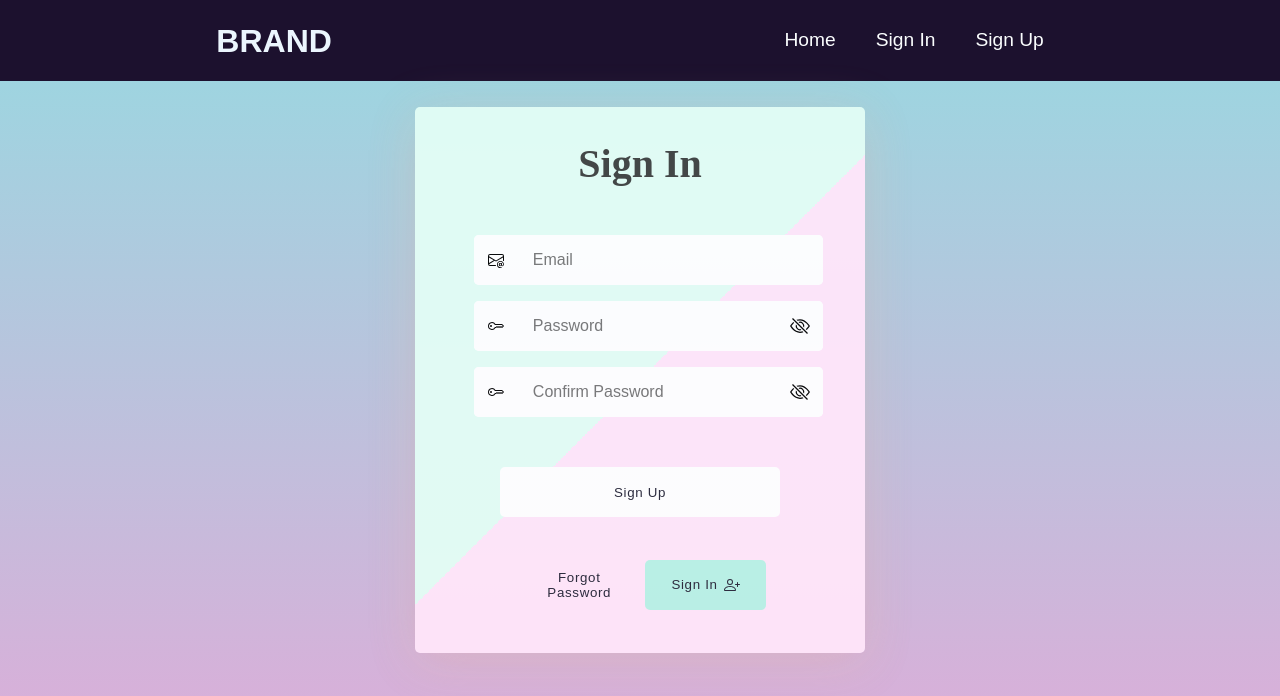
Repository: code-mtaani/ojwang-frontend
Page: /signin
The author's editor kept a copy of each file at every save. The page is drawn from the files as they stood at one save, then again after the next save.
The browser window is 1280 px wide. The pictures show the whole page.
The project was rebuilt for these pictures with package versions that can differ from the ones it lists, and the page was loaded fresh each time. Also part of the build but not shown: vite.config.ts, src/Pages/HomePage/Home.pages.tsx, src/Pages/SignUp/SignUp.pages.tsx.

Above is the page before, as saved 2023-02-01 14:07:20.

### src/App.tsx
import { BrowserRouter as Router, Routes, Route } from "react-router-dom";

import Navigation from "./Components/Nav";
import Home from './Pages/HomePage'
import SignIn from "./Pages/SignIn";
import SignUp from "./Pages/SignUp"

function App() {
  return (
    <Router>
      <div className="App">
        <Navigation />
        <Routes>
          <Route path="/" element={<Home />} />
          <Route path="/signin" element={<SignIn/>} />
          <Route path="/signup" element={<SignUp/>} />
        </Routes>
      </div>
    </Router>
  );
}

export default App;

### src/index.css
* {
  padding: 0;
  margin: 0;
  box-sizing: border-box;
}
/* End Global rules */

/* Start body rules */
body {
  background-image: linear-gradient(-225deg, #e3fdf5 0%, #ffe6fa 100%);
  background-image: linear-gradient(to top, #a8edea 0%, #fed6e3 100%);
  background-attachment: fixed;
  background-repeat: no-repeat;

  font-family: "Vibur", cursive;
  /*   the main font */
  font-family: "Abel", sans-serif;
  opacity: 0.95;
  background-image: linear-gradient(to top, #d9afd9 0%, #97d9e1 100%);
}
@media screen and (min-width: 440px) {
  .app{
    border:2px solid green;
  }
}
/* end body rules */

### src/Components/Nav/index.js
export {default} from './Navigation.component'

### src/Pages/HomePage/index.ts
export { default } from "./Home.pages";

### src/Pages/SignIn/index.ts
export { default } from './SignIn.pages'

### src/Pages/SignUp/index.ts
export {default} from './SignUp.pages'

### src/Components/Nav/Navigation.component.tsx
import React from "react";
import {Link} from "react-router-dom"
import './nav.css'

const Navigation = () => {
  return (
    <nav className="navbar">
      <div className="left">
        <h1><Link to="/"> BRAND </Link></h1>
      </div>

      <div className="right">
        <input type="checkbox" id="check" />
        <label htmlFor="check" className="checkBtn">
          <svg
            xmlns="http://www.w3.org/2000/svg"
            width="30"
            height="30"
            fill="currentColor"
            className="bi bi-justify"
            viewBox="0 0 16 16"
          >
            <path
              fillRule="evenodd"
              d="M2 12.5a.5.5 0 0 1 .5-.5h11a.5.5 0 0 1 0 1h-11a.5.5 0 0 1-.5-.5zm0-3a.5.5 0 0 1 .5-.5h11a.5.5 0 0 1 0 1h-11a.5.5 0 0 1-.5-.5zm0-3a.5.5 0 0 1 .5-.5h11a.5.5 0 0 1 0 1h-11a.5.5 0 0 1-.5-.5zm0-3a.5.5 0 0 1 .5-.5h11a.5.5 0 0 1 0 1h-11a.5.5 0 0 1-.5-.5z"
            />
          </svg>
        </label>

        <ul className="list">
          <li> <Link to="/">Home</Link></li>
          <li> <Link to="/signin">Sign In</Link></li>
          <li> <Link to="signup">Sign Up</Link></li>
        </ul>
      </div>
    </nav>
  );
};

export default Navigation;

### src/Pages/SignIn/SignIn.pages.tsx
import React from "react";
import "../SignUp/Signup.css";

const SignIn = () => {
  return (
    <div className="overlay">
      <form>
        {/* con = Container  for items in the form */}
        <div className="con">
          {/* <!--     Start  header Content  --> */}
          <header className="head-form">
            <h2>Sign In</h2>
          </header>
          {/* End  header Content */}
          <br />
          <div className="field-set">
            {/* inputs */}

            <div className="test">
              <div className="key">
                <svg
                  xmlns="http://www.w3.org/2000/svg"
                  width="16"
                  height="16"
                  fill="currentColor"
                  className="bi bi-envelope-at"
                  viewBox="0 0 16 16"
                >
                  <path d="M2 2a2 2 0 0 0-2 2v8.01A2 2 0 0 0 2 14h5.5a.5.5 0 0 0 0-1H2a1 1 0 0 1-.966-.741l5.64-3.471L8 9.583l7-4.2V8.5a.5.5 0 0 0 1 0V4a2 2 0 0 0-2-2H2Zm3.708 6.208L1 11.105V5.383l4.708 2.825ZM1 4.217V4a1 1 0 0 1 1-1h12a1 1 0 0 1 1 1v.217l-7 4.2-7-4.2Z" />
                  <path d="M14.247 14.269c1.01 0 1.587-.857 1.587-2.025v-.21C15.834 10.43 14.64 9 12.52 9h-.035C10.42 9 9 10.36 9 12.432v.214C9 14.82 10.438 16 12.358 16h.044c.594 0 1.018-.074 1.237-.175v-.73c-.245.11-.673.18-1.18.18h-.044c-1.334 0-2.571-.788-2.571-2.655v-.157c0-1.657 1.058-2.724 2.64-2.724h.04c1.535 0 2.484 1.05 2.484 2.326v.118c0 .975-.324 1.39-.639 1.39-.232 0-.41-.148-.41-.42v-2.19h-.906v.569h-.03c-.084-.298-.368-.63-.954-.63-.778 0-1.259.555-1.259 1.4v.528c0 .892.49 1.434 1.26 1.434.471 0 .896-.227 1.014-.643h.043c.118.42.617.648 1.12.648Zm-2.453-1.588v-.227c0-.546.227-.791.573-.791.297 0 .572.192.572.708v.367c0 .573-.253.744-.564.744-.354 0-.581-.215-.581-.8Z" />
                </svg>
              </div>
              <input type="email" name="email" placeholder="Email" />
              <div className="show"></div>
            </div>
            <div className="test">
              <div className="key">
                <svg
                  xmlns="http://www.w3.org/2000/svg"
                  width="16"
                  height="16"
                  fill="currentColor"
                  className="bi bi-key"
                  viewBox="0 0 16 16"
                >
                  <path d="M0 8a4 4 0 0 1 7.465-2H14a.5.5 0 0 1 .354.146l1.5 1.5a.5.5 0 0 1 0 .708l-1.5 1.5a.5.5 0 0 1-.708 0L13 9.207l-.646.647a.5.5 0 0 1-.708 0L11 9.207l-.646.647a.5.5 0 0 1-.708 0L9 9.207l-.646.647A.5.5 0 0 1 8 10h-.535A4 4 0 0 1 0 8zm4-3a3 3 0 1 0 2.712 4.285A.5.5 0 0 1 7.163 9h.63l.853-.854a.5.5 0 0 1 .708 0l.646.647.646-.647a.5.5 0 0 1 .708 0l.646.647.646-.647a.5.5 0 0 1 .708 0l.646.647.793-.793-1-1h-6.63a.5.5 0 0 1-.451-.285A3 3 0 0 0 4 5z" />
                  <path d="M4 8a1 1 0 1 1-2 0 1 1 0 0 1 2 0z" />
                </svg>
              </div>
              <input type="password" name="pasword" placeholder="Password" />
              <div className="show">
                <svg
                  xmlns="http://www.w3.org/2000/svg"
                  width="20"
                  height="20"
                  fill="currentColor"
                  className="bi bi-eye-slash"
                  viewBox="0 0 16 16"
                >
                  <path d="M13.359 11.238C15.06 9.72 16 8 16 8s-3-5.5-8-5.5a7.028 7.028 0 0 0-2.79.588l.77.771A5.944 5.944 0 0 1 8 3.5c2.12 0 3.879 1.168 5.168 2.457A13.134 13.134 0 0 1 14.828 8c-.058.087-.122.183-.195.288-.335.48-.83 1.12-1.465 1.755-.165.165-.337.328-.517.486l.708.709z" />
                  <path d="M11.297 9.176a3.5 3.5 0 0 0-4.474-4.474l.823.823a2.5 2.5 0 0 1 2.829 2.829l.822.822zm-2.943 1.299.822.822a3.5 3.5 0 0 1-4.474-4.474l.823.823a2.5 2.5 0 0 0 2.829 2.829z" />
                  <path d="M3.35 5.47c-.18.16-.353.322-.518.487A13.134 13.134 0 0 0 1.172 8l.195.288c.335.48.83 1.12 1.465 1.755C4.121 11.332 5.881 12.5 8 12.5c.716 0 1.39-.133 2.02-.36l.77.772A7.029 7.029 0 0 1 8 13.5C3 13.5 0 8 0 8s.939-1.721 2.641-3.238l.708.709zm10.296 8.884-12-12 .708-.708 12 12-.708.708z" />
                </svg>
              </div>
            </div>
            <div className="test">
              <div className="key">
                <svg
                  xmlns="http://www.w3.org/2000/svg"
                  width="16"
                  height="16"
                  fill="currentColor"
                  className="bi bi-key"
                  viewBox="0 0 16 16"
                >
                  <path d="M0 8a4 4 0 0 1 7.465-2H14a.5.5 0 0 1 .354.146l1.5 1.5a.5.5 0 0 1 0 .708l-1.5 1.5a.5.5 0 0 1-.708 0L13 9.207l-.646.647a.5.5 0 0 1-.708 0L11 9.207l-.646.647a.5.5 0 0 1-.708 0L9 9.207l-.646.647A.5.5 0 0 1 8 10h-.535A4 4 0 0 1 0 8zm4-3a3 3 0 1 0 2.712 4.285A.5.5 0 0 1 7.163 9h.63l.853-.854a.5.5 0 0 1 .708 0l.646.647.646-.647a.5.5 0 0 1 .708 0l.646.647.646-.647a.5.5 0 0 1 .708 0l.646.647.793-.793-1-1h-6.63a.5.5 0 0 1-.451-.285A3 3 0 0 0 4 5z" />
                  <path d="M4 8a1 1 0 1 1-2 0 1 1 0 0 1 2 0z" />
                </svg>
              </div>
              <input
                type="password"
                name="confirmPassword"
                placeholder="Confirm Password"
              />
              <div className="show">
                <svg
                  xmlns="http://www.w3.org/2000/svg"
                  width="20"
                  height="20"
                  fill="currentColor"
                  className="bi bi-eye-slash"
                  viewBox="0 0 16 16"
                >
                  <path d="M13.359 11.238C15.06 9.72 16 8 16 8s-3-5.5-8-5.5a7.028 7.028 0 0 0-2.79.588l.77.771A5.944 5.944 0 0 1 8 3.5c2.12 0 3.879 1.168 5.168 2.457A13.134 13.134 0 0 1 14.828 8c-.058.087-.122.183-.195.288-.335.48-.83 1.12-1.465 1.755-.165.165-.337.328-.517.486l.708.709z" />
                  <path d="M11.297 9.176a3.5 3.5 0 0 0-4.474-4.474l.823.823a2.5 2.5 0 0 1 2.829 2.829l.822.822zm-2.943 1.299.822.822a3.5 3.5 0 0 1-4.474-4.474l.823.823a2.5 2.5 0 0 0 2.829 2.829z" />
                  <path d="M3.35 5.47c-.18.16-.353.322-.518.487A13.134 13.134 0 0 0 1.172 8l.195.288c.335.48.83 1.12 1.465 1.755C4.121 11.332 5.881 12.5 8 12.5c.716 0 1.39-.133 2.02-.36l.77.772A7.029 7.029 0 0 1 8 13.5C3 13.5 0 8 0 8s.939-1.721 2.641-3.238l.708.709zm10.296 8.884-12-12 .708-.708 12 12-.708.708z" />
                </svg>
              </div>
            </div>
            <br />
            {/*  buttons */}
            {/*button LogIn */}
            <button className="log-in"> Sign Up </button>
          </div>

          {/* other buttons */}
          <div className="other">
            {/* Forgot Password button */}
            <button className="btn submits frgt-pass">Forgot Password</button>
            {/* Sign Up button */}
            <button className="btn submits sign-up">
              Sign In
              {/* Sign Up icon */}
              <svg
                xmlns="http://www.w3.org/2000/svg"
                width="16"
                height="16"
                fill="currentColor"
                className="bi bi-person-plus"
                viewBox="0 0 16 16"
              >
                <path d="M6 8a3 3 0 1 0 0-6 3 3 0 0 0 0 6zm2-3a2 2 0 1 1-4 0 2 2 0 0 1 4 0zm4 8c0 1-1 1-1 1H1s-1 0-1-1 1-4 6-4 6 3 6 4zm-1-.004c-.001-.246-.154-.986-.832-1.664C9.516 10.68 8.289 10 6 10c-2.29 0-3.516.68-4.168 1.332-.678.678-.83 1.418-.832 1.664h10z" />
                <path
                  fillRule="evenodd"
                  d="M13.5 5a.5.5 0 0 1 .5.5V7h1.5a.5.5 0 0 1 0 1H14v1.5a.5.5 0 0 1-1 0V8h-1.5a.5.5 0 0 1 0-1H13V5.5a.5.5 0 0 1 .5-.5z"
                />
              </svg>
            </button>

          </div>


        </div>
      </form>
    </div>
  );
};

export default SignIn;

### src/Components/Nav/nav.css
.navbar{
    background-color: rgb(22,7,36);
    display: flex;
    justify-content: space-around;
    align-items: center;
    line-height: 5rem;
}

.left h1{
    font-size: 2rem;
    cursor: pointer;
}
.left h1 a{
    text-decoration: none;
    color: aliceblue;
}

.checkBtn{
    display: none;
}
#check{
    display: none;
}
.checkBtn{
    cursor: pointer;
    font-size: 30px;
    float: right;
    color: #ed1e79;
    line-height: 88px;
}

.right ul{
    display: flex;
    list-style: none;
}
.right ul li a {
    padding: 10px 20px;
    font-size: 1.2rem;
    color: white;
    cursor: pointer;
    text-decoration: none;
    transition: all 1s;
}

.right ul li a:hover{
    background-color: #fff;
    border-radius: 7px;
    color: rgb(22, 7, 36);
    margin-left: 4px ;
    margin-right: 4px ;
}

/* ================================== Media Queries=================================================== */

@media screen and (max-width:805px){
    .list{
        width: 100%;
        height: 100vh;
        background-color: rgb(22, 7, 36);
        text-align: center;
        display: flex;
        flex-direction: column;
        position: fixed;
        top: 5rem;
        left: 100%;
        transition: all 1s;
    }

    #check{
        display: none;
    }
    .checkBtn{
        display: block;
    }
    #check:checked~ul{
        left: 0%
    }
}
@media screen and (max-width:450px) {
    .navbar{
        width: 100vw;
    }

}

### src/Pages/SignUp/Signup.css
/* Start form  attributes */
form {
  width: 450px;
  min-height: 500px;
  height: auto;
  border-radius: 5px;
  margin: 2% auto;
  box-shadow: 0 9px 50px hsla(20, 67%, 75%, 0.31);
  padding: 2%;
  background-image: linear-gradient(-225deg, #e3fdf5 50%, #ffe6fa 50%);
}
@media screen and (max-width: 450px) {
  form {
    width: 90vw;
    margin: 20 auto;
  }
}
/* form Container */
form .con {
  display: -webkit-flex;
  display: flex;

  -webkit-justify-content: space-around;
  justify-content: space-around;

  -webkit-flex-wrap: wrap;
  flex-wrap: wrap;
  margin: 0 auto;
}

/* the header form  */
header {
  margin: 2% auto 10% auto;
  text-align: center;
}
/* Login title form  */
header h2 {
  font-size: 250%;
  font-family: "Playfair Display", serif;
  color: #3e403f;
}
/*  A welcome message or an explanation of the login form */
header p {
  letter-spacing: 0.05em;
}
header img {
  width: 10rem;
  height: 8rem;
}


/* focus  */
input:focus {
  transform: translateX(-3px);
  border-radius: 5px;
}

.test {
  display: flex;
  justify-content: space-between;
  align-items: center;
  background-color: white;
  height: 50px;
  margin: 0.5rem;
  border-radius: 0.3rem;
  width: 100%;
}
.test .key {
  background-color: white;
  display: flex;
  align-items: center;
  justify-content: center;
  width: 3rem;
  height: 100%;
  border-radius: 5px 0px 0px 5px;
}
.test .key svg {
  margin: 5px;
}
.test input {
  height: 100%;
  width: 80%;
  font-size: 16px;
  padding: 15px;
  font-family: "Abel", sans-serif;
  font-size: 16px;
  color: #5e6472;
  transition: 0.4s linear;
   outline: none;
  border: none;
}
.test .show {
  background-color: white;
  height: 100%;
  display: flex;
  align-items: center;
  justify-content: center;
  width: 3rem;
  border-radius: 0px 5px 5px 0px;
}
.field-set {
    display: flex;
    flex-direction: column;
}
/* input[type="text"] {min-width: 250px;} */
/* buttons  */

button {
  display: inline-block;
  color: #252537;

  width: 280px;
  height: 50px;

  padding: 0 20px;
  background: #fff;
  border-radius: 5px;

  outline: none;
  border: none;

  cursor: pointer;
  text-align: center;
  transition: all 0.2s linear;

  margin: 7% auto;
  letter-spacing: 0.05em;
}

/* Submits */
.submits {
  width: 48%;
  display: inline-block;
  float: left;
  margin-left: 2%;
}

/*       Forgot Password button FAF3DD  */
.frgt-pass {
  background: transparent;
}
/*     Sign Up button  */
.sign-up {
  background: #b8f2e6;
  display: flex;
  align-items: center;
  justify-content: space-evenly;
  font-weight: 500;
}

/* buttons hover */
button:hover {
  transform: translatey(3px);
  box-shadow: none;
}

/* buttons hover Animation */
button:hover {
  animation: ani9 0.4s ease-in-out infinite alternate;
}
@keyframes ani9 {
  0% {
    transform: translateY(3px);
  }
  100% {
    transform: translateY(5px);
  }
}
/* ================================== */

Loaded but not shown: index.html (common file); src/main.tsx (common file)

After the next save:
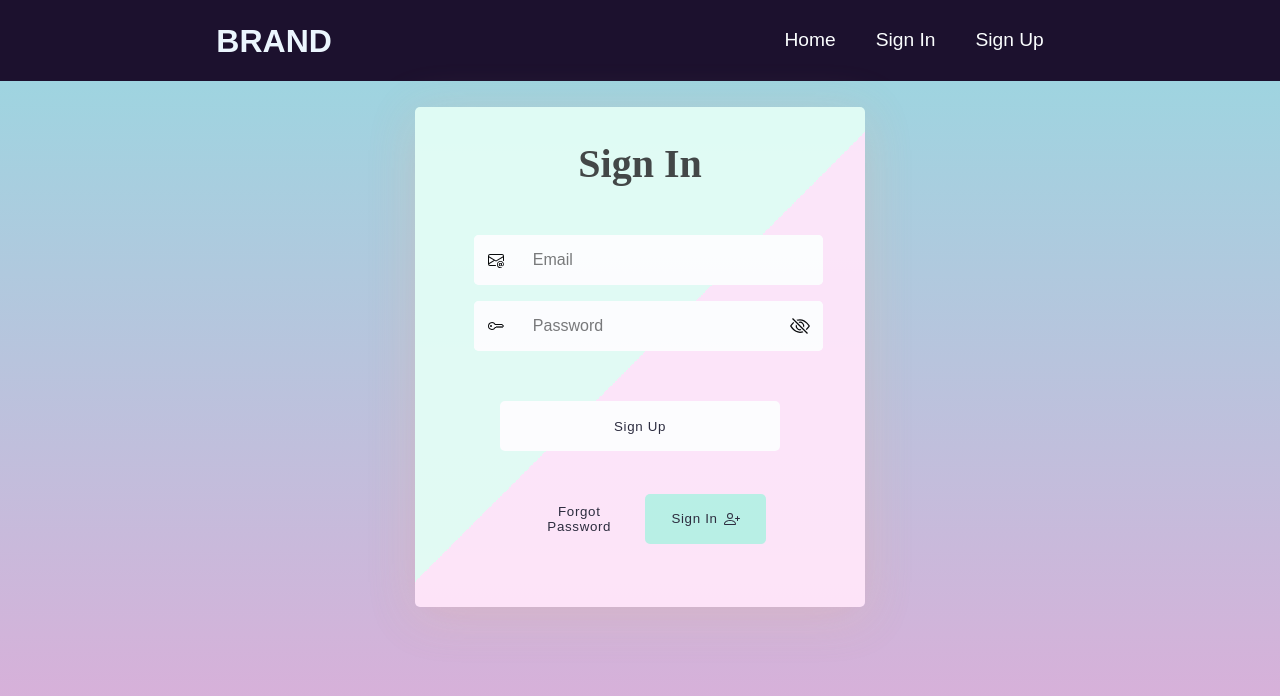
Saved 22 s later.
--- a/src/Pages/SignIn/SignIn.pages.tsx
+++ b/src/Pages/SignIn/SignIn.pages.tsx
@@ -63,40 +63,7 @@ const SignIn = () => {
                 </svg>
               </div>
             </div>
-            <div className="test">
-              <div className="key">
-                <svg
-                  xmlns="http://www.w3.org/2000/svg"
-                  width="16"
-                  height="16"
-                  fill="currentColor"
-                  className="bi bi-key"
-                  viewBox="0 0 16 16"
-                >
-                  <path d="M0 8a4 4 0 0 1 7.465-2H14a.5.5 0 0 1 .354.146l1.5 1.5a.5.5 0 0 1 0 .708l-1.5 1.5a.5.5 0 0 1-.708 0L13 9.207l-.646.647a.5.5 0 0 1-.708 0L11 9.207l-.646.647a.5.5 0 0 1-.708 0L9 9.207l-.646.647A.5.5 0 0 1 8 10h-.535A4 4 0 0 1 0 8zm4-3a3 3 0 1 0 2.712 4.285A.5.5 0 0 1 7.163 9h.63l.853-.854a.5.5 0 0 1 .708 0l.646.647.646-.647a.5.5 0 0 1 .708 0l.646.647.646-.647a.5.5 0 0 1 .708 0l.646.647.793-.793-1-1h-6.63a.5.5 0 0 1-.451-.285A3 3 0 0 0 4 5z" />
-                  <path d="M4 8a1 1 0 1 1-2 0 1 1 0 0 1 2 0z" />
-                </svg>
-              </div>
-              <input
-                type="password"
-                name="confirmPassword"
-                placeholder="Confirm Password"
-              />
-              <div className="show">
-                <svg
-                  xmlns="http://www.w3.org/2000/svg"
-                  width="20"
-                  height="20"
-                  fill="currentColor"
-                  className="bi bi-eye-slash"
-                  viewBox="0 0 16 16"
-                >
-                  <path d="M13.359 11.238C15.06 9.72 16 8 16 8s-3-5.5-8-5.5a7.028 7.028 0 0 0-2.79.588l.77.771A5.944 5.944 0 0 1 8 3.5c2.12 0 3.879 1.168 5.168 2.457A13.134 13.134 0 0 1 14.828 8c-.058.087-.122.183-.195.288-.335.48-.83 1.12-1.465 1.755-.165.165-.337.328-.517.486l.708.709z" />
-                  <path d="M11.297 9.176a3.5 3.5 0 0 0-4.474-4.474l.823.823a2.5 2.5 0 0 1 2.829 2.829l.822.822zm-2.943 1.299.822.822a3.5 3.5 0 0 1-4.474-4.474l.823.823a2.5 2.5 0 0 0 2.829 2.829z" />
-                  <path d="M3.35 5.47c-.18.16-.353.322-.518.487A13.134 13.134 0 0 0 1.172 8l.195.288c.335.48.83 1.12 1.465 1.755C4.121 11.332 5.881 12.5 8 12.5c.716 0 1.39-.133 2.02-.36l.77.772A7.029 7.029 0 0 1 8 13.5C3 13.5 0 8 0 8s.939-1.721 2.641-3.238l.708.709zm10.296 8.884-12-12 .708-.708 12 12-.708.708z" />
-                </svg>
-              </div>
-            </div>
+
             <br />
             {/*  buttons */}
             {/*button LogIn */}
